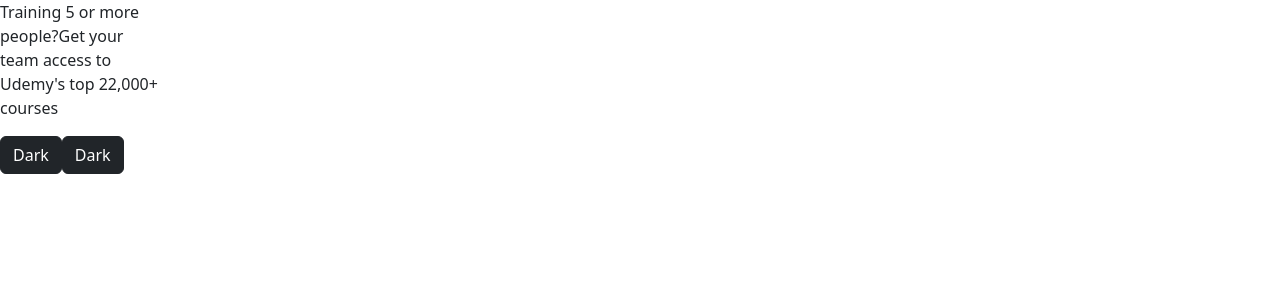
Repository: Taniafdes/newProject
Page: /division/division
These files come from the project's save history. The page is drawn as it stood at one moment and after a run of saves; the edit follows.
The browser window is 1280 px wide. The pictures show the whole page.
The project was rebuilt for these pictures with package versions that can differ from the ones it lists, and the page was loaded fresh each time. The framework's server and built-in components were replaced by stand-ins that run in the browser. Also part of the build but not shown: next.config.js.

Above is the page before, as saved 2023-06-15 15:45:27.

### pages/_app.js
import Head from "next/head";
import Script from "next/script";
import 'bootstrap/dist/css/bootstrap.css'
import 'bootstrap/dist/css/bootstrap.min.css'
function MyApp({ Component, pageProps }) {
  return (
    <>
      <Head>
        <meta name="viewport" content="width=device-width, initial-scale=1" />
      </Head>

      <Script
        src="https://cdn.jsdelivr.net/npm/bootstrap@5.0.0-beta1/dist/js/bootstrap.bundle.min.js"
        integrity="sha384-ygbV9kiqUc6oa4msXn9868pTtWMgiQaeYH7/t7LECLbyPA2x65Kgf80OJFdroafW"
        crossOrigin="anonymous"
      />
      <Component {...pageProps} />
    </>
  );
}
export default MyApp;

### pages/division/division.js
import React from 'react'
import { Container } from 'react-bootstrap';
import Button from 'react-bootstrap/Button';

const division = () => {
  return (
   <div className='col-lg-6'>
   <div className='col-lg-3'>
       <p>Training 5 or more people?Get your team access to Udemy's top 22,000+ courses</p>
<Button variant="dark">Dark</Button>
<Button variant="dark">Dark</Button>
</div>
   </div>

  )
}

export default division

After the next 2 saves:
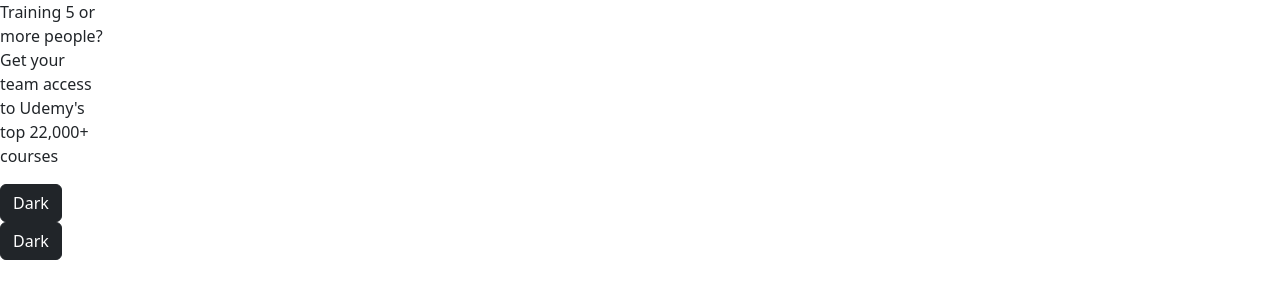
The 2 saves are shown as one change because they came seconds apart.
The last was saved 13 s later.
--- a/pages/division/division.js
+++ b/pages/division/division.js
@@ -5,7 +5,7 @@
 const division = () => {
   return (
    <div className='col-lg-6'>
-   <div className='col-lg-3'>
+   <div className='col-lg-2'>
        <p>Training 5 or more people?Get your team access to Udemy's top 22,000+ courses</p>
 <Button variant="dark">Dark</Button>
 <Button variant="dark">Dark</Button>
